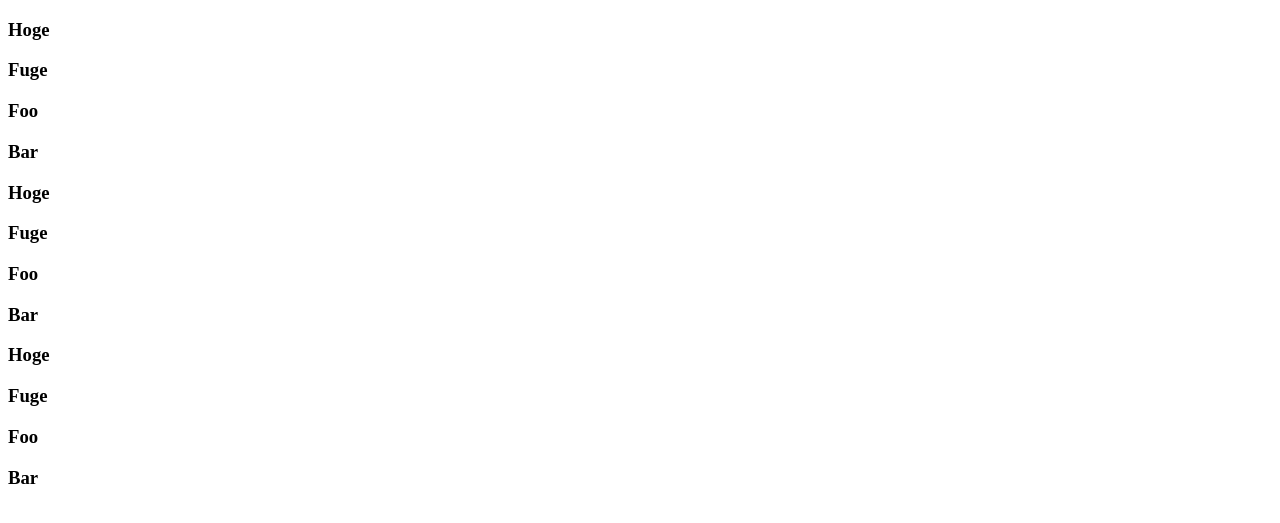
Repository: yoshi1924/samurai_HTML-CSS
Page: test.html
The author's editor kept a record of every edit. The page is drawn from the files as they stood at one moment, then again after the next edit.
The browser window is 1280 px wide. The pictures show the whole page.

Above is the page before.

After the next edit:
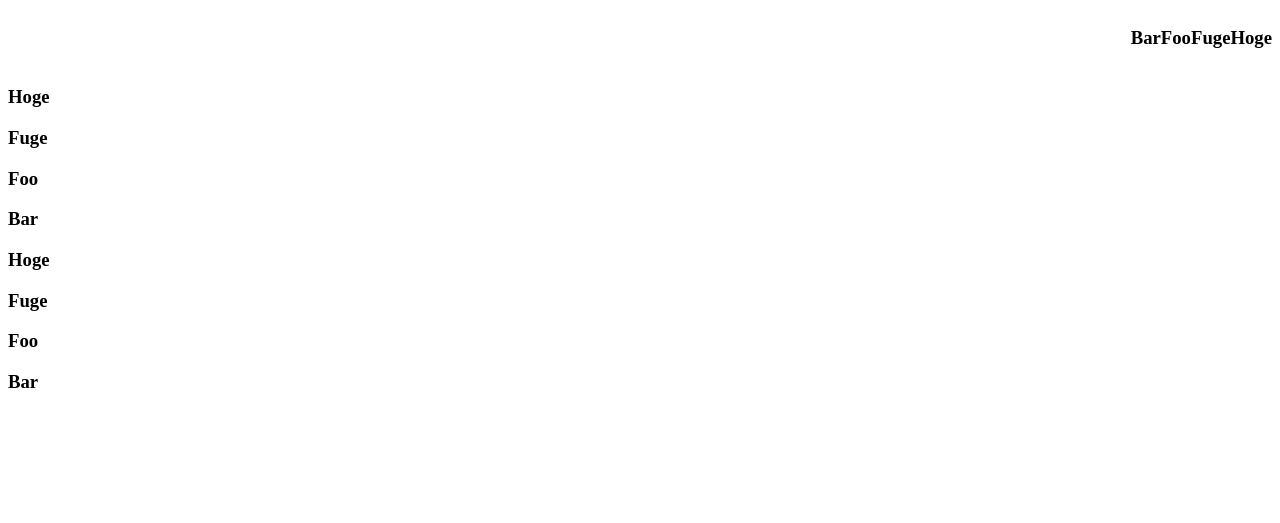
The edit:
--- a/test.html
+++ b/test.html
@@ -9,7 +9,7 @@
     </style>
 </head>
 <body>
-    <div id="no-wrap">
+    <div id="flex-flow">
         <h3>Hoge</h3>
         <h3>Fuge</h3>
         <h3>Foo</h3>
